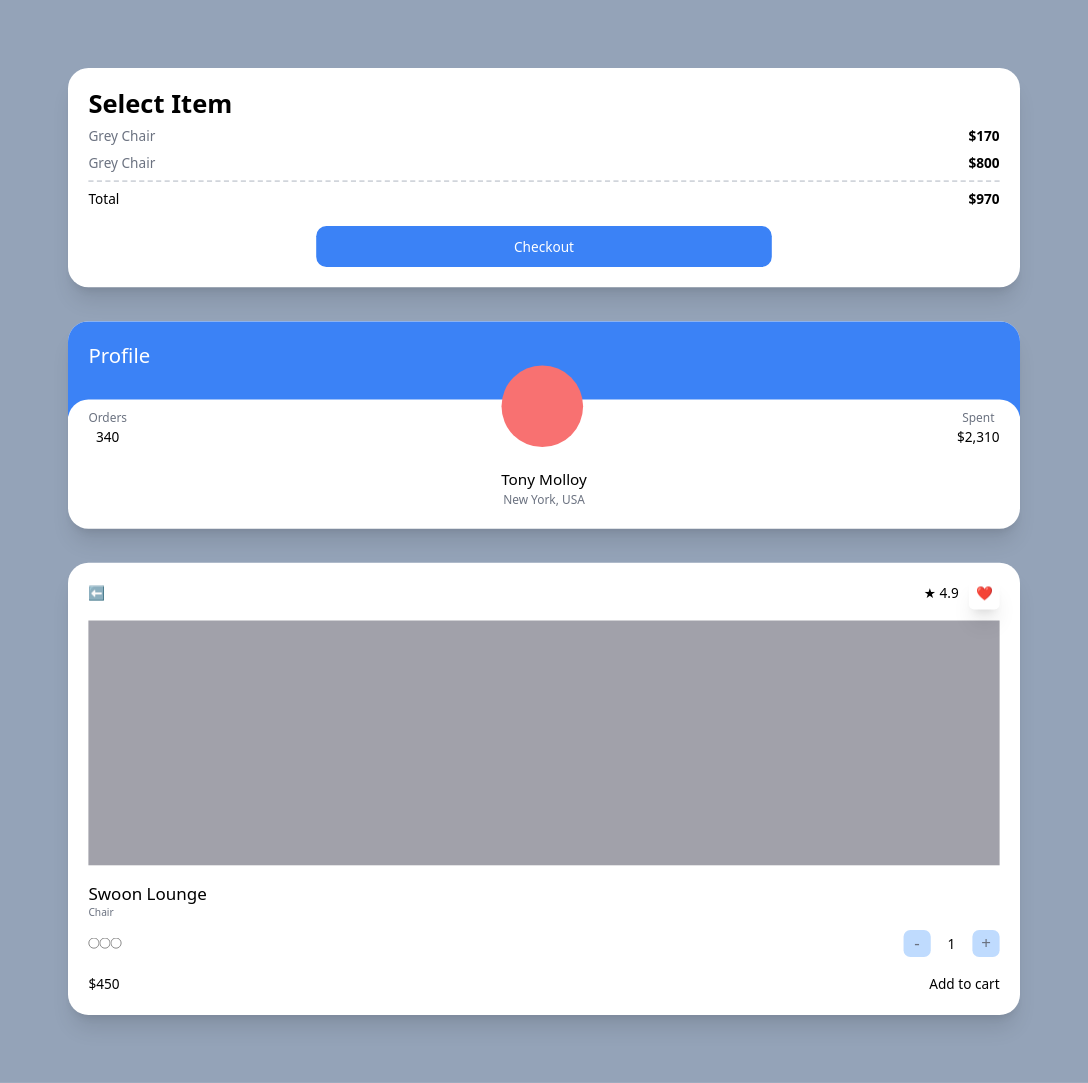
Repository: pjk0007/nextjs-carrot-marcket
Page: /
An editor plug-in stored every save of this project. The page is shown before and after the next save, followed by the edit.
The browser window is 1280 px wide. The pictures show the whole page, at 85% of full size.
The project was rebuilt for these pictures with package versions that can differ from the ones it lists, and the page was loaded fresh each time. The framework's server and built-in components were replaced by stand-ins that run in the browser. Also part of the build but not shown: next.config.js.

Above is the page before, as saved 2022-04-30 13:31:41.

After the next save:
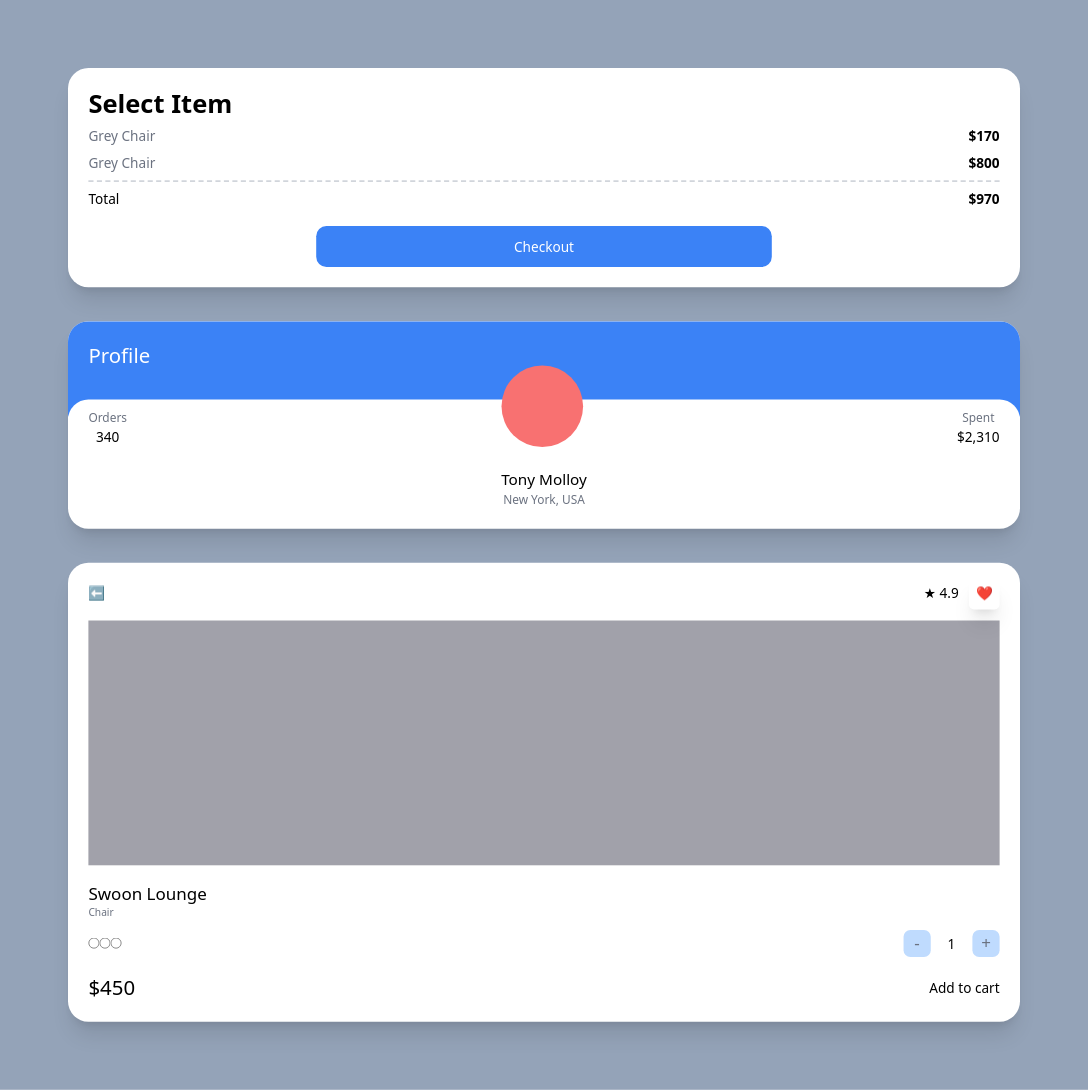
Saved 15 s later.
--- a/pages/index.tsx
+++ b/pages/index.tsx
@@ -67,7 +67,7 @@ const Home: NextPage = () => {
             </div>
           </div>
           <div className='flex justify-between items-center'>
-            <span>$450</span>
+            <span className='font-medium text-2xl'>$450</span>
             <button>Add to cart</button>
           </div>
         </div>
